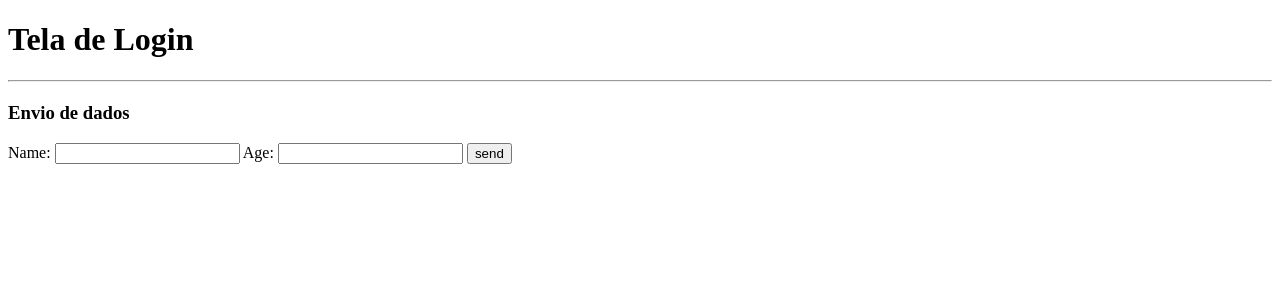
Repository: MarcioFreitasUFSC21/FrontEnd-part-1
Page: index.html
An editor plug-in stored every save of this project. The page is shown before and after a run of saves, followed by the edit.
The browser window is 1280 px wide. The pictures show the whole page.

Above is the page before, as saved 2023-04-22 19:16:34.

After the next 2 saves:
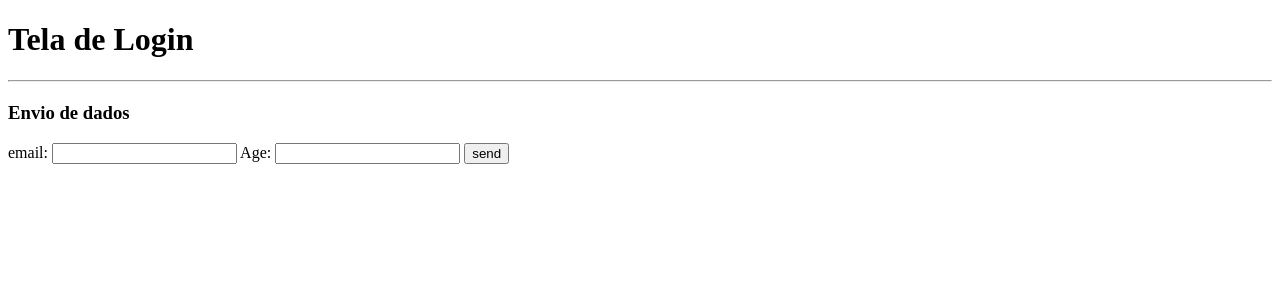
The 2 saves are shown as one change because they came seconds apart.
The last was saved 13 s later.
--- a/index.html
+++ b/index.html
@@ -13,7 +13,7 @@
         <div>
             <h2>
                 <h3> Envio de dados</h3>
-                <label type = "email"> Name: </label> <input type = "text" ></input>
+                <label type = "email"> email: </label> <input type = "text" ></input>
                 <label type = "Name"> Age: </label> <input type = "number" ></input>
                 <button type = "submit" action = "save"> send</button>
             </h2>
